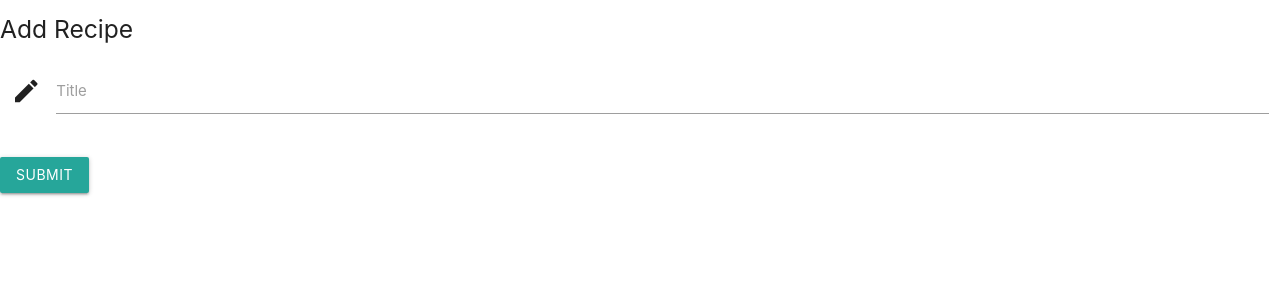
Repository: neillarkin/atari-app
Page: http://localhost/add_recipe
The author's editor kept a record of every edit. The page is drawn from the files as they stood at one moment, then again after a run of edits.
The browser window is 1280 px wide. The pictures show the whole page.
The page is served by the project's application, run on Flask 3 (run.py). Queries for data that is not in the repository find no rows.

Above is the page before.

After the next 2 edits:
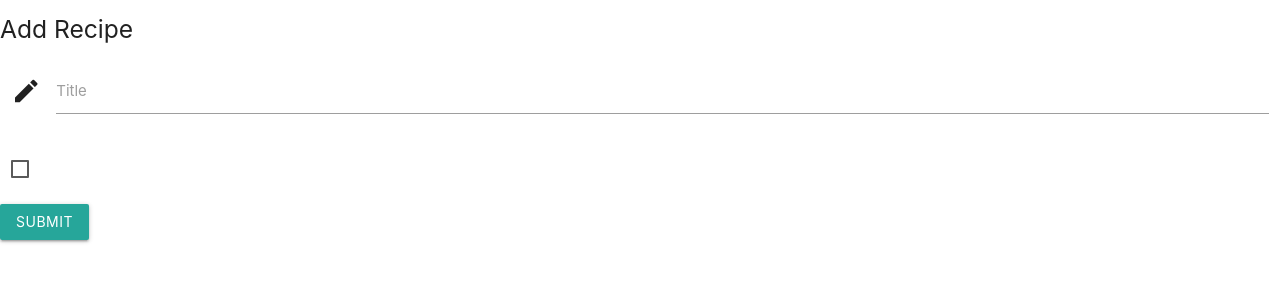
The 2 edits are shown as one change because 1 did not build or start.
The edit:
--- a/templates/add_recipe.html
+++ b/templates/add_recipe.html
@@ -15,10 +15,11 @@
     <!--<option value="{{item.ingredient_name}}">{{item.ingredient_name}}</option>-->
     <!--{% endfor %}-->
     <p>
-      {% for item in ingredients %}
+
       <label>
         <input type="checkbox" />
         <span>
+            {% for item in ingredients %}
          {{item.ingredient_name}}
         </span>
       </label>
